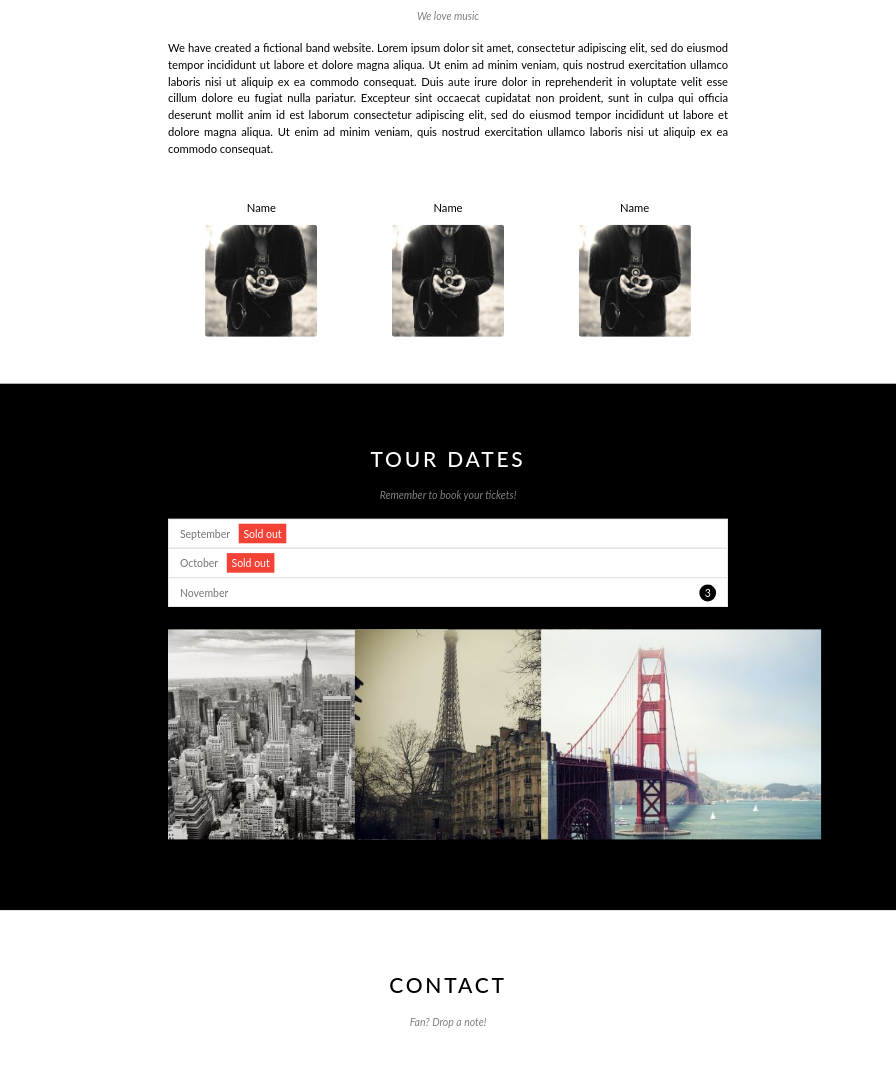
Repository: tatvanhco/web-dau-tay
Page: index.html
The author's editor kept a copy of each file at every save. The page is drawn from the files as they stood at one save, then again after the next save.
The browser window is 1280 px wide. The pictures show the part of the page from y = 823 to 2743 px (the page is 2380 px tall before and 2743 px after), at 70% of full size.

Above is the page before, as saved 2022-01-23 20:08:33.

After the next save:
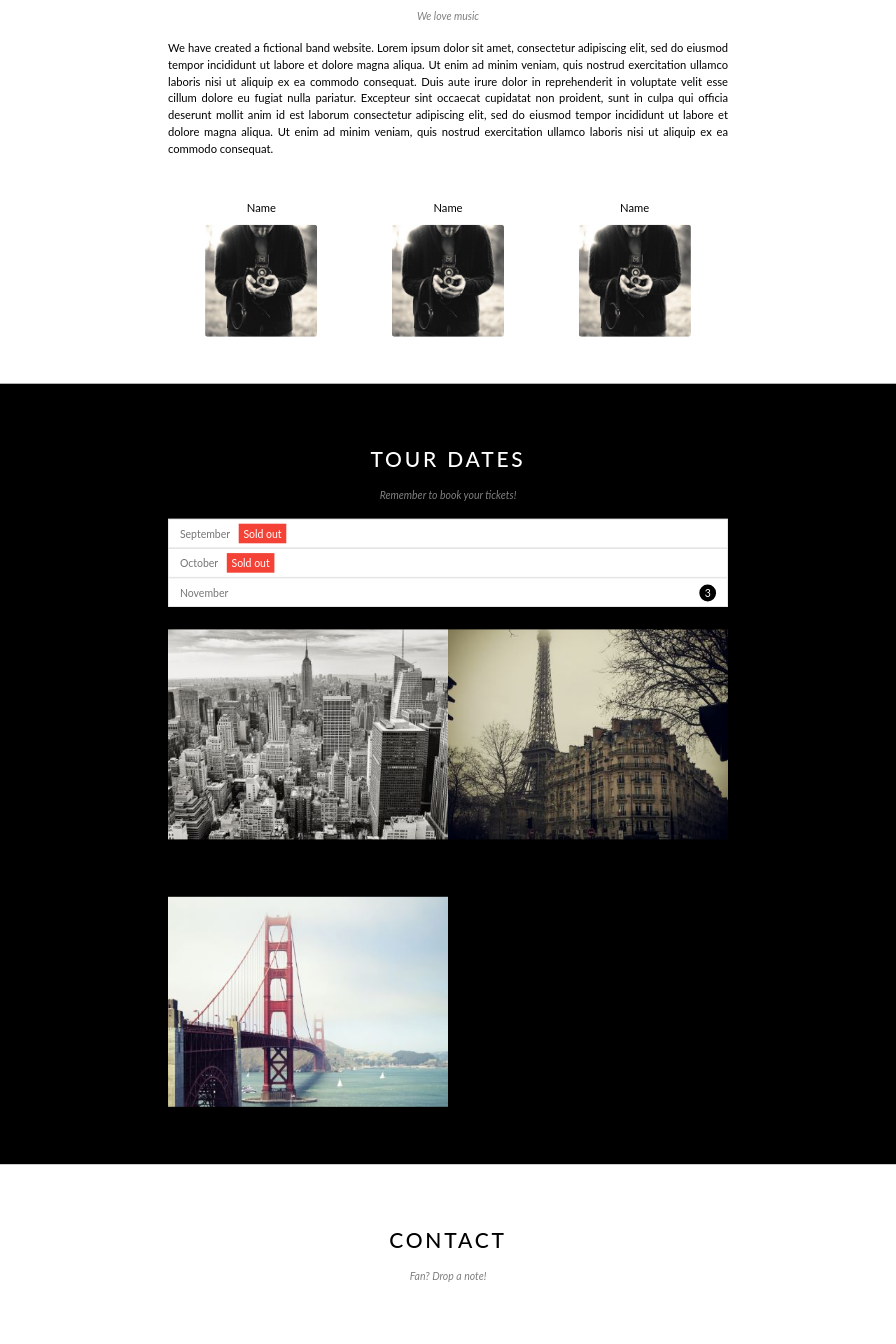
Saved 42 s later.
--- a/assets/css/style.css
+++ b/assets/css/style.css
@@ -218,7 +218,6 @@ body {
 
 .place-item {
     float: left;
-    width: 33.33333%;
 }
 
 .place-heading {

After the save that followed:
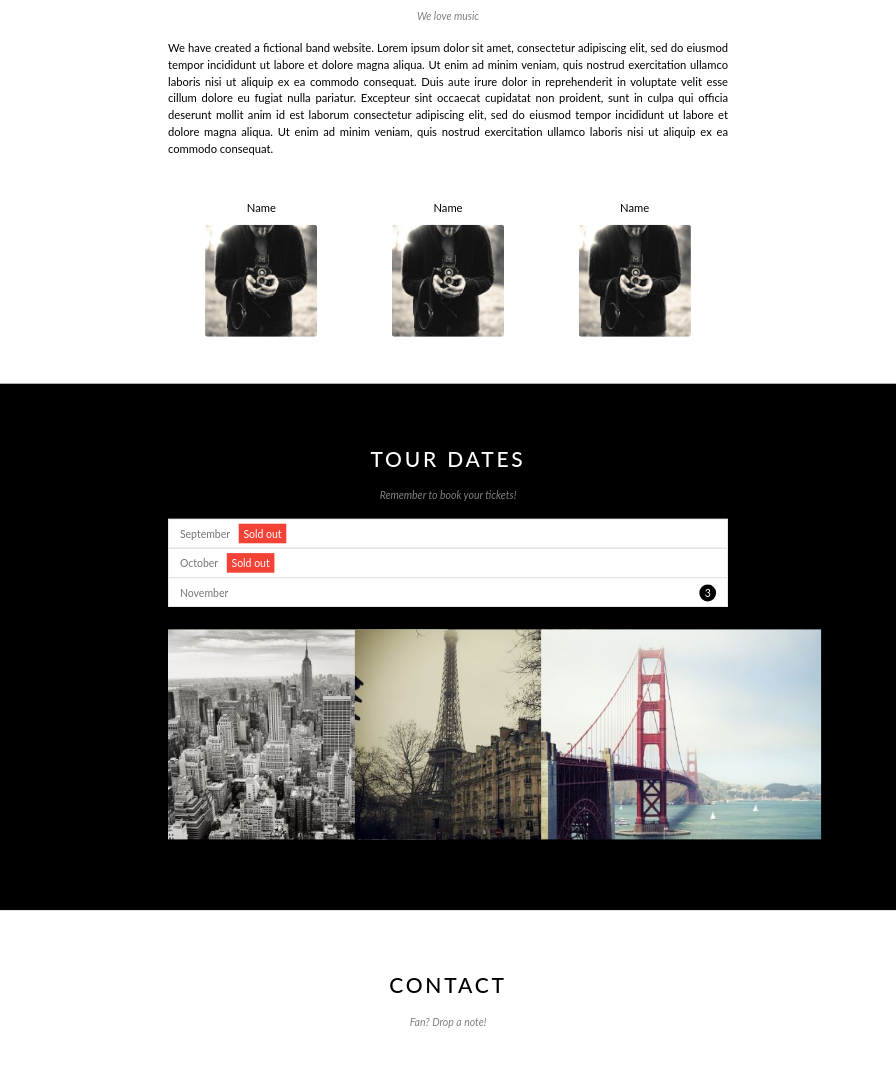
Saved 30 s later.
--- a/assets/css/style.css
+++ b/assets/css/style.css
@@ -218,6 +218,7 @@ body {
 
 .place-item {
     float: left;
+    width: calc(100% / 3);
 }
 
 .place-heading {
